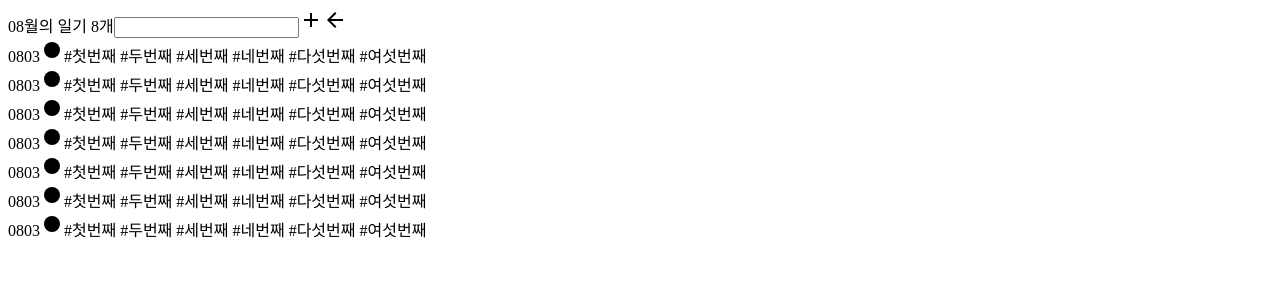
Repository: IMHANA/diary
Page: /list
These files come from the project's save history. The page is drawn as it stood at one moment and after the next save; the edit follows.
The browser window is 1280 px wide. The pictures show the whole page.
The project was rebuilt for these pictures with package versions that can differ from the ones it lists, and the page was loaded fresh each time. Also part of the build but not shown: src/App.css, src/pages/Main/main.css, src/pages/Main/main.js, src/pages/Month/month.css, src/pages/Month/month.js.

Above is the page before, as saved 2021-08-05 14:20:46.

### src/App.js
import './App.css';
import React, { Component } from 'react'
import MainTemplates from './components/MainTemplates';

class App extends Component {
  render() {
    console.log('메인을 불러온다!')
    return (
      <div>
        <MainTemplates/>
      </div>
    )
  }
}

export default App;

### src/components/MainTemplates.js
import React, { Component } from 'react'
import Main from '../pages/Main/main';
import Month from '../pages/Month/month';
import DayList from '../pages/DayList/dayList';
import { BrowserRouter as Router, Route, Switch, Link} from 'react-router-dom';

export default class MainTemplates extends Component {
    render() {
        return (
            <Router>
                <Switch>
                    <Route exact path='/' component={Main}/>
                    <Route path='/monthly' component={ Month }/>
                    <Route path='/list' component={ DayList} />
                </Switch>
            </Router>
        )
    }
}

### src/pages/DayList/dayList.js
import React, { Component } from 'react';
import { Add, ArrowBack , FiberManualRecord} from '@material-ui/icons'

export default class dayList extends Component {
    render() {
        return (
            <div>
                <div>
                    <span>08</span><span>월의 일기 8개</span>
                    <input type='text'></input>
                    <Add />
                    <ArrowBack />
                </div>
                <div>
                    <div>
                        <span>0803</span>
                        <FiberManualRecord/>
                        <span>#첫번째 #두번째 #세번째 #네번째 #다섯번째 #여섯번째</span>
                    </div>
                    <div>
                        <span>0803</span>
                        <FiberManualRecord/>
                        <span>#첫번째 #두번째 #세번째 #네번째 #다섯번째 #여섯번째</span>
                    </div>
                    <div>
                        <span>0803</span>
                        <FiberManualRecord/>
                        <span>#첫번째 #두번째 #세번째 #네번째 #다섯번째 #여섯번째</span>
                    </div>
                    <div>
                        <span>0803</span>
                        <FiberManualRecord/>
                        <span>#첫번째 #두번째 #세번째 #네번째 #다섯번째 #여섯번째</span>
                    </div>
                    <div>
                        <span>0803</span>
                        <FiberManualRecord/>
                        <span>#첫번째 #두번째 #세번째 #네번째 #다섯번째 #여섯번째</span>
                    </div>
                    <div>
                        <span>0803</span>
                        <FiberManualRecord/>
                        <span>#첫번째 #두번째 #세번째 #네번째 #다섯번째 #여섯번째</span>
                    </div>
                    <div>
                        <span>0803</span>
                        <FiberManualRecord/>
                        <span>#첫번째 #두번째 #세번째 #네번째 #다섯번째 #여섯번째</span>
                    </div>
                </div>
                <div>

                </div>
            </div>
        )
    }
}

Loaded but not shown: public/index.html (common file); src/index.js (common file)

After the next save:
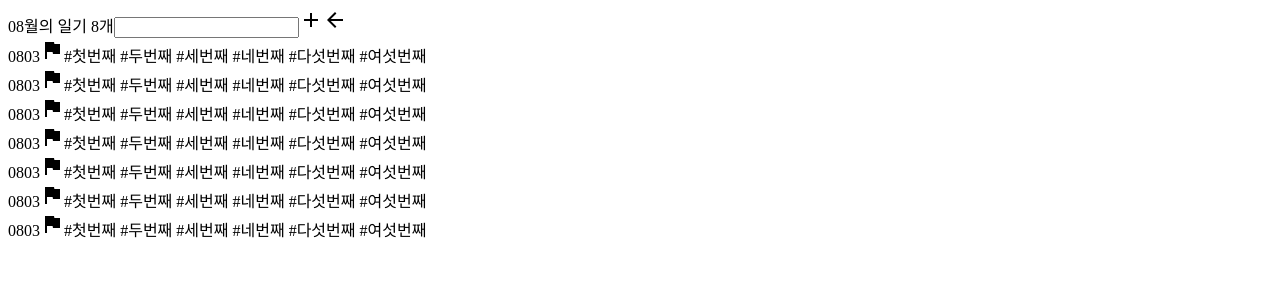
Saved 54 s later.
--- a/src/pages/DayList/dayList.js
+++ b/src/pages/DayList/dayList.js
@@ -1,5 +1,5 @@
 import React, { Component } from 'react';
-import { Add, ArrowBack , FiberManualRecord} from '@material-ui/icons'
+import { Add, ArrowBack , Flag} from '@material-ui/icons'
 
 export default class dayList extends Component {
     render() {
@@ -14,37 +14,37 @@ export default class dayList extends Component {
                 <div>
                     <div>
                         <span>0803</span>
-                        <FiberManualRecord/>
+                        <Flag/>
                         <span>#첫번째 #두번째 #세번째 #네번째 #다섯번째 #여섯번째</span>
                     </div>
                     <div>
                         <span>0803</span>
-                        <FiberManualRecord/>
+                        <Flag/>
                         <span>#첫번째 #두번째 #세번째 #네번째 #다섯번째 #여섯번째</span>
                     </div>
                     <div>
                         <span>0803</span>
-                        <FiberManualRecord/>
+                        <Flag/>
                         <span>#첫번째 #두번째 #세번째 #네번째 #다섯번째 #여섯번째</span>
                     </div>
                     <div>
                         <span>0803</span>
-                        <FiberManualRecord/>
+                        <Flag/>
                         <span>#첫번째 #두번째 #세번째 #네번째 #다섯번째 #여섯번째</span>
                     </div>
                     <div>
                         <span>0803</span>
-                        <FiberManualRecord/>
+                        <Flag/>
                         <span>#첫번째 #두번째 #세번째 #네번째 #다섯번째 #여섯번째</span>
                     </div>
                     <div>
                         <span>0803</span>
-                        <FiberManualRecord/>
+                        <Flag/>
                         <span>#첫번째 #두번째 #세번째 #네번째 #다섯번째 #여섯번째</span>
                     </div>
                     <div>
                         <span>0803</span>
-                        <FiberManualRecord/>
+                        <Flag/>
                         <span>#첫번째 #두번째 #세번째 #네번째 #다섯번째 #여섯번째</span>
                     </div>
                 </div>
